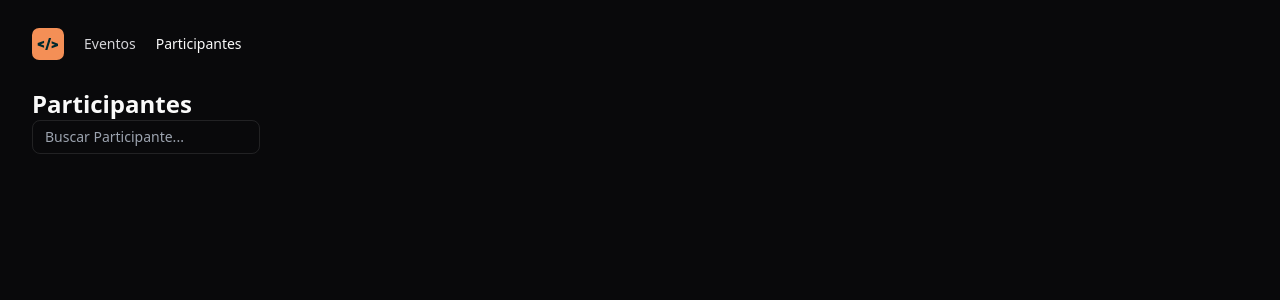
Repository: guilhermecardoso93/nlw-unite-react-2024
Page: /
The author's editor kept a copy of each file at every save. The page is drawn from the files as they stood at one save, then again after a run of saves.
The browser window is 1280 px wide. The pictures show the whole page.
The project was rebuilt for these pictures with package versions that can differ from the ones it lists, and the page was loaded fresh each time. Also part of the build but not shown: vite.config.ts.

Above is the page before, as saved 2024-04-01 21:15:45.

### src/App.tsx
import { Header } from "./components/header";
import { AttendeeList } from "./components/attendee-list";

export function App() {

  return (
    <div className="max-w-[1216px] mx-auto py-5 flex flex-col gap-5">
      <Header />
      <AttendeeList />
    </div>
  )
}

### src/components/header.tsx
import Logo from "../assets/nlw-unite-icon.svg";

export function Header() {
  return (
    <div className="flex items-center gap-5 py-2">
      <img src={Logo} alt="logo" />

      <nav className="flex items-center gap-5">
        <a href="" className="font-medium text-sm text-zinc-300">Eventos</a>
        <a href="" className="font-medium text-sm">Participantes</a>
      </nav>
    </div>
  );
}

### src/components/attendee-list.tsx
export function AttendeeList() {
  return (
    <div>
      <h1 className="text-2xl font-bold">Participantes</h1>
      <input placeholder="Buscar Participante..." className="px-3 py-1.5 border border-white/10 bg-transparent rounded-lg text-sm"/>
    </div>
  );
}

### tailwind.config.js
/** @type {import('tailwindcss').Config} */
export default {
  content: [
    "./index.html",
    "./src/**/*.{js,ts,jsx,tsx}"
  ],
  theme: {
    extend: {},
  },
  plugins: [
    //require('@tailwindcss/forms')
  ],
}

Loaded but not shown: index.html (common file); src/main.tsx (common file); src/index.css (common file)

After the next 2 saves:
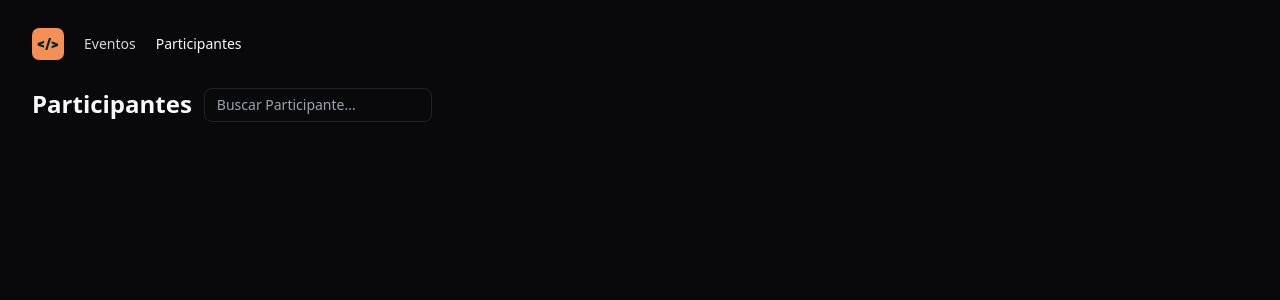
The 2 saves are shown as one change because they came seconds apart.
The last was saved 17 s later.
--- a/src/components/attendee-list.tsx
+++ b/src/components/attendee-list.tsx
@@ -1,6 +1,6 @@
 export function AttendeeList() {
   return (
-    <div>
+    <div className='flex gap-3'>
       <h1 className="text-2xl font-bold">Participantes</h1>
       <input placeholder="Buscar Participante..." className="px-3 py-1.5 border border-white/10 bg-transparent rounded-lg text-sm"/>
     </div>
